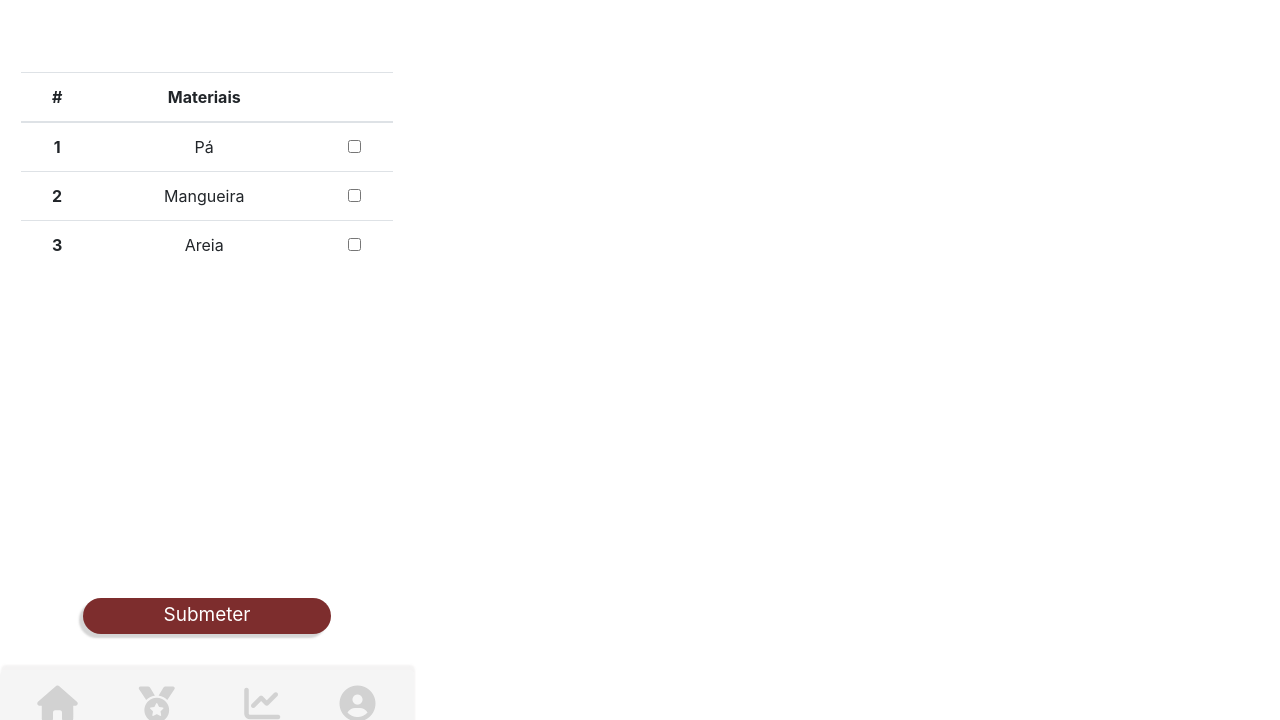
Repository: grupodetrabalhoeficiente/D213
Page: D213/Frontend/ConfirmarMateriais.html
The author's editor kept a record of every edit. The page is drawn from the files as they stood at one moment, then again after the next edit.
The browser window is 1280 px wide. The pictures show the whole page.
Some web libraries are served in a nearby version.

Above is the page before.

### D213/Frontend/ConfirmarMateriais.html
<!DOCTYPE html>
<html>
    <head>
        <meta charset="utf-8">
    <meta name="viewport" content="width=device-width, initial-scale=1, maximum-scale=1, user-scalable=no">
    <link href="https://fonts.googleapis.com/css?family=Inter&display=swap" rel="stylesheet" />
    <link href="https://fonts.googleapis.com/css?family=Roboto&display=swap" rel="stylesheet" />
    <link href="./ConfirmarMateriais.css" rel="stylesheet" />
    <link rel="stylesheet" href="https://cdn.jsdelivr.net/npm/bootstrap@4.5.3/dist/css/bootstrap.min.css" integrity="sha384-TX8t27EcRE3e/ihU7zmQxVncDAy5uIKz4rEkgIXeMed4M0jlfIDPvg6uqKI2xXr2" crossorigin="anonymous">
    <script src="https://kit.fontawesome.com/e195162fd2.js" crossorigin="anonymous"></script>
    <title>Secure4All</title>
    </head>
    <body>
  <div class="screen">
        <!--navbar-->
    <nav class="navbar fixed-top">
        <a><i id="goBack"class="fas fa-arrow-left fa-2x"></i></a>
        <span class="title">Confirmar Materiais</span>
    </nav>
    <!--tabela-->
    <div class="TabelaDiv">
    <table class="table">
  <thead>
    <tr>
      <th scope="col">#</th>
      <th scope="col">Materiais</th>
      <th scope="col"></th>
    </tr>
  </thead>
  <tbody>
    <tr>
      <th scope="row">1</th>
      <td>Pá</td>
      <td>
          <input type="checkbox" class="MaterialCheck"/>
      </td>
    </tr>
    <tr>
      <th scope="row">2</th>
      <td>Mangueira</td>
      <td>
        <input type="checkbox" class="MaterialCheck"/>
      </td>
    </tr>
    <tr>
      <th scope="row">3</th>
      <td>Areia</td>
      <td>
         <input type="checkbox" class="MaterialCheck"/>
      </td>
    </tr>
  </tbody>
</table>
</div>
<!--botao confirmar-->
<input id="submit" type ="button" class="SubmeterClass" id="SubmeterId" value="Submeter"></input>
<!--MENUBAR-->
<nav class="menubar fixed-bottom">
            <ul class="nav navbar-nav">
                <li><a href="MenuPrincipal.html"><i class="fa fa-home fa-3x"></i></a></li>
                <li><a href="Ranks.html"><i class="fa fa-medal fa-3x"></i></a></li>
                <li><a href="HistoricoOcorrencias.html"><i class="fa fa-chart-line fa-3x"></i></a></li>
                <li><a href="PerfilUpdate.html"><i class="fas fa-user-circle fa-3x"></i></a></li>
            </ul>
        </nav>
    </div>
    </body>
</html>

### D213/Frontend/ConfirmarMateriais.css
.screen {
  width:100%;
  height:100%;
  max-width: 414px;
  max-height: 736px;
  background: rgba(255,255,255,1);
  opacity: 1;
  position: absolute;
  overflow: hidden;
  z-index:-1;
}
/*NAVBAR*/
.navbar{
  width: 100%;
  max-width:414px;
  background-color: rgba(255,255,255,1);
  z-index:3;
  text-align:center;
  overflow: hidden;

}
.title {
    position: absolute;
    color: rgb(58 57 57);
    width: 100%;
    top: 60px;
    left: 74px;
    font-size: 28px;
    font-family: INHERIT;

}
/*TABELA*/
.TabelaDiv{
      position: relative;
    width: 90%;
    height: 67%;
    top: 10%;
    display: block;
    margin-left: auto;
    margin-right: auto;
    text-align: center;
    overflow: auto;
}
/* botao confirmar*/
.SubmeterClass{
    height: 5%;
    width: 60%;
    border-top-left-radius: 32px;
    border-top-right-radius: 32px;
    border-bottom-left-radius: 32px;
    border-bottom-right-radius: 32px;
    position: absolute;
    background-color: #7d2d2d;
    color: white;
    font-size: 19px;
    border: none;
    top: 83%;
    left: 20%;
    box-shadow: -4px 4px 2px rgb(171 171 171 / 50%);
}
/*Menubar*/
.menubar {
    width: 100%;
    height: 100%;
    max-height: 67px;
    max-width: 414px;
    background-color: rgba(255, 255, 255, 1);
    z-index: 1;
    float: center;
    overflow: hidden;
    display: block;
    font-size: 12px;
}

.fa-home {
    opacity: 1;
    position: absolute;
    top: 16px!important;
    left: 9%;
    z-index: 2;
    color: #d2d2d2;
}

.fa-medal {
    opacity: 1;
    position: absolute;
    left: 33.5%;
    z-index: 2;
    top: 17px!important;
    color: #d2d2d2;
}

.fa-chart-line {
    opacity: 1;
    position: absolute;
    left: 59%;
    z-index: 2;
    top: 16px!important;
    color: #d2d2d2;
}

.fa-user-circle {
    opacity: 1;
    position: absolute;
    left: 82%;
    z-index: 2;
    top: 16px!important;
    color: #d2d2d2;
}

#goBack {
     position: absolute;
top: 35px;
    left: 27px;
    font-size: 24px;
    color: lightgray;
}

.fixed-bottom {
    position: fixed;
    background-color: #ececec82;
    top: 670px;
    left: 1px;
    width: 461px;
    box-shadow: 1px -5px 2px rgb(222 221 221 / 34%);
    border-top-left-radius: 5px;
    border-top-right-radius: 5px;
    border-bottom-left-radius: 5px;
    border-bottom-right-radius: 5px;
}

After the next edit:
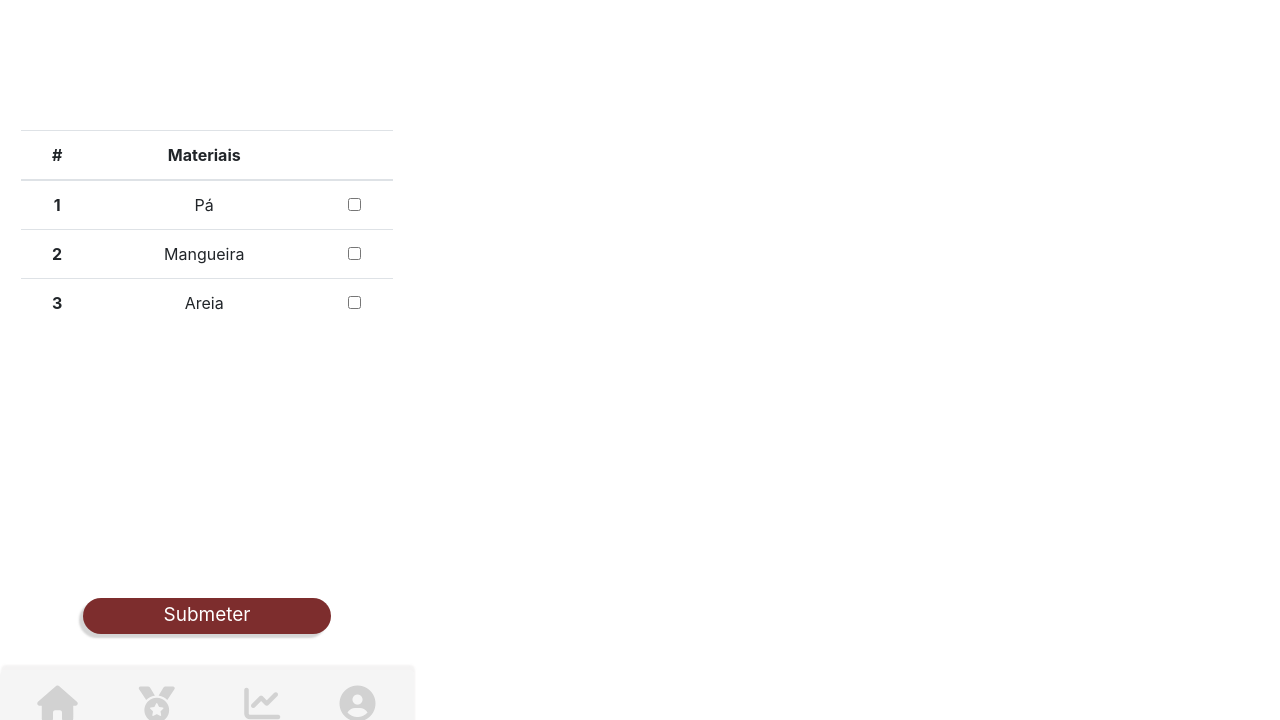
The edit:
--- a/D213/Frontend/ConfirmarMateriais.css
+++ b/D213/Frontend/ConfirmarMateriais.css
@@ -31,10 +31,10 @@
 }
 /*TABELA*/
 .TabelaDiv{
-      position: relative;
+         position: relative;
     width: 90%;
-    height: 67%;
-    top: 10%;
+    height: 55%;
+    top: 18%;
     display: block;
     margin-left: auto;
     margin-right: auto;
